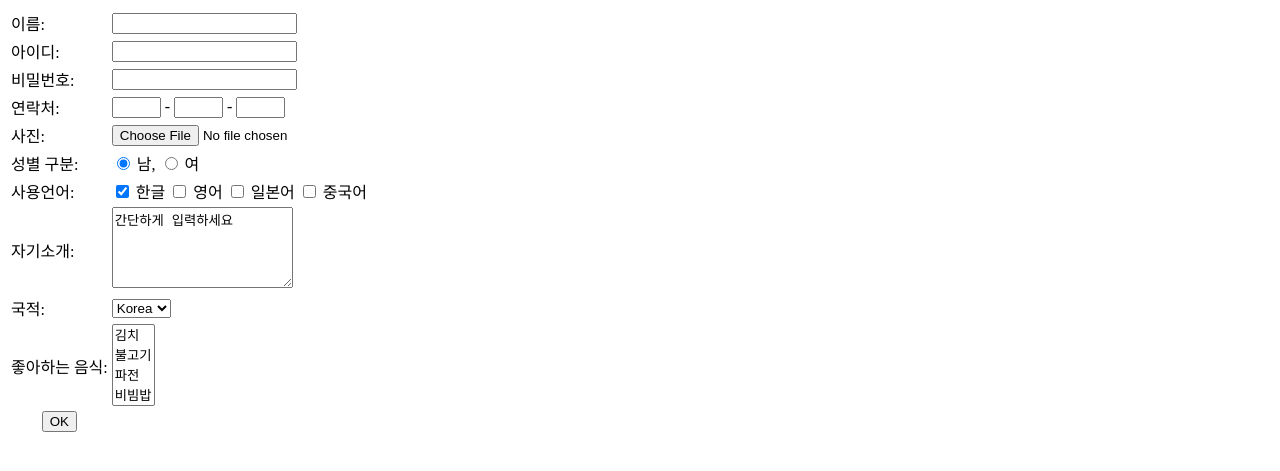
Repository: tjdwlsaos22/TJ_JSP
Page: jsp/HTML/src/main/webapp/Lec06.html
These files come from the project's save history. The page is drawn as it stood at one moment and after the next save; the edit follows.
The browser window is 1280 px wide. The pictures show the whole page.

Above is the page before, as saved 2024-01-17 05:10:19.

### jsp/HTML/src/main/webapp/Lec06.html
<!DOCTYPE html>
<html>
	<head>
		<meta charset="UTF-8">
		<title>Insert title here</title>
	</head>
	<body>
		<form action="#" method="get">
			<table>
				<tr>
					<td>이름:</td>
					<td><input type="text" name="userName"></td>
				</tr>
				<tr>
					<td>아이디:</td>
					<td><input type="text" name="userId"></td>
				</tr>
				<tr>
					<td>비밀번호:</td>
					<td><input type="password" name="userPassword"></td>
				</tr>
				<tr>
					<td>연락처:</td>
					<td>
						<input type="text" name="phone1" size="3"> -
						<input type="text" name="phone2" size="3"> -
						<input type="text" name="phone3" size="3">
					</td>
				</tr>
				<tr>
					<td>사진:</td>
					<td><input type="file" name="picture"></td>
				</tr>
				<tr>
					<td>성별 구분:</td>
					<td>
						<input type="radio" name="gender" value="man" checked="checked"> 남,
						<input type="radio" name="gender" value="woman"> 여
					</td>
				</tr>
				<tr>
					<td>사용언어:</td>
					<td>
						<input type="checkbox" name="lang" value="kor" checked="checked"> 한글
						<input type="checkbox" name="lang" value="eng"> 영어
						<input type="checkbox" name="lang" value="jpn"> 일본어
						<input type="checkbox" name="lang" value="chn"> 중국어
					</td>
				</tr>
				<tr>
					<td>자기소개:</td>
					<td><textarea rows="5" cols="20" name="introduce">간단하게 입력하세요</textarea></td>
				</tr>
				<tr>
					<td>국적:</td>
					<td>
						<select name="nationally">
							<option>Korea</option>
							<option>USA</option>
							<option>Japan</option>
							<option>China</option>
						</select>
					</td>
				</tr>
				<tr>
					<td>좋아하는 음식:</td>
					<td>
						<select multiple="multiple" name="food">
							<option>김치</option>
							<option>불고기</option>
							<option>파전</option>
							<option>비빔밥</option>
						</select>
					</td>
				</tr>
				<tr>
					<td align="center"><input type="submit" name="order" value="OK"></td>
				</tr>
			</table>
		</form>
	</body>
</html>

After the next save:
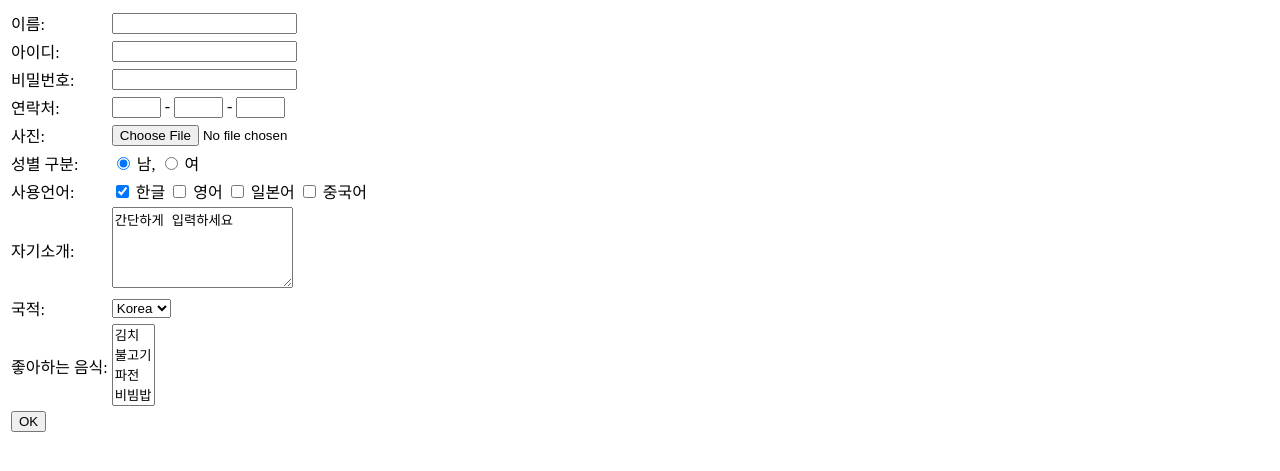
Saved 23 s later.
--- a/jsp/HTML/src/main/webapp/Lec06.html
+++ b/jsp/HTML/src/main/webapp/Lec06.html
@@ -74,7 +74,7 @@
 					</td>
 				</tr>
 				<tr>
-					<td align="center"><input type="submit" name="order" value="OK"></td>
+					<td align="left"><input type="submit" name="order" value="OK"></td>
 				</tr>
 			</table>
 		</form>
